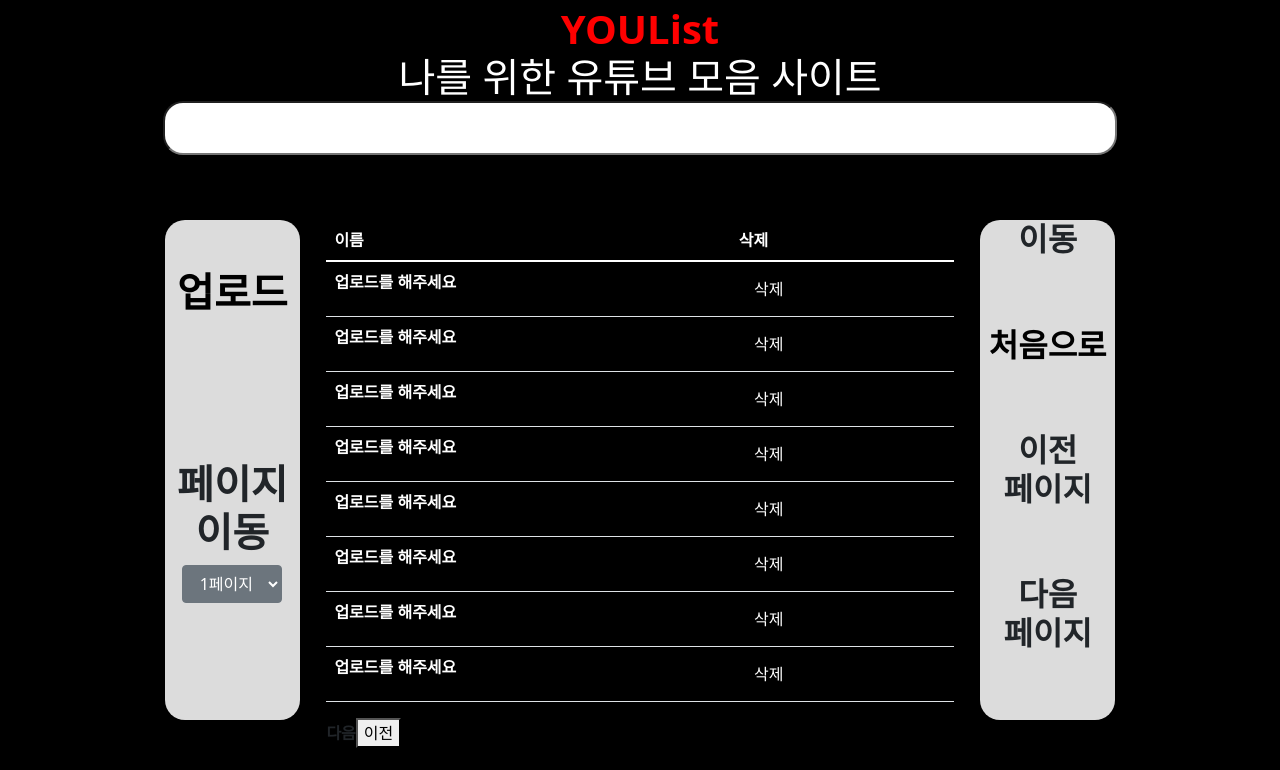
Repository: sojihwan/YouList
Page: / (app in youlist/)
The author's editor kept a copy of each file at every save. The page is drawn from the files as they stood at one save, then again after the next save.
The browser window is 1280 px wide. The pictures show the whole page.
The project was rebuilt for these pictures with package versions that can differ from the ones it lists, and the page was loaded fresh each time. Also part of the build but not shown: youlist/src/App.css, youlist/src/Body/View.js, youlist/src/Body/Uplode.js.

Above is the page before, as saved 2022-05-20 13:28:19.

After the next save:
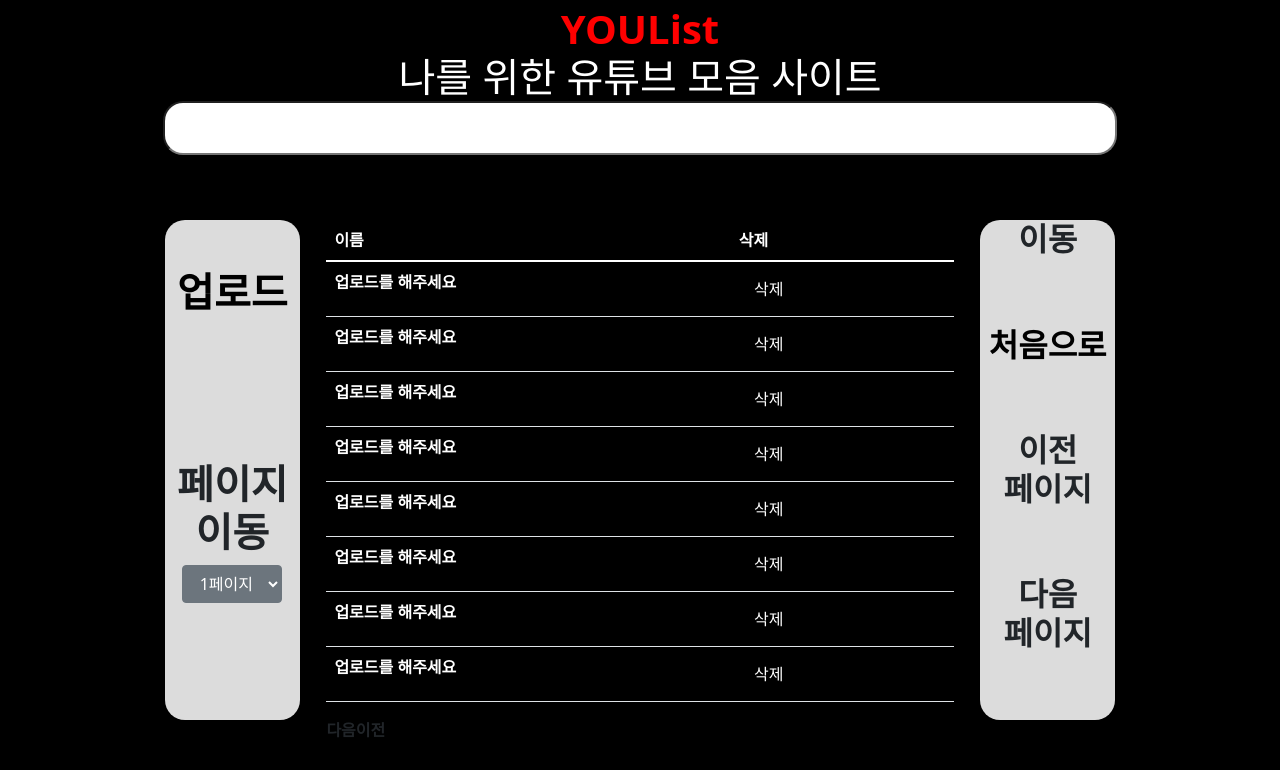
Saved 5 s later.
--- a/youlist/src/Body/Body.js
+++ b/youlist/src/Body/Body.js
@@ -120,7 +120,7 @@ export function Body(props) {
         </tbody>
       </table>
       <b onClick={nextpage}>다음</b>
-      <button onClick={beforepage}>이전</button>
+      <b onClick={beforepage}>이전</b>
     </div>
   )
 }
